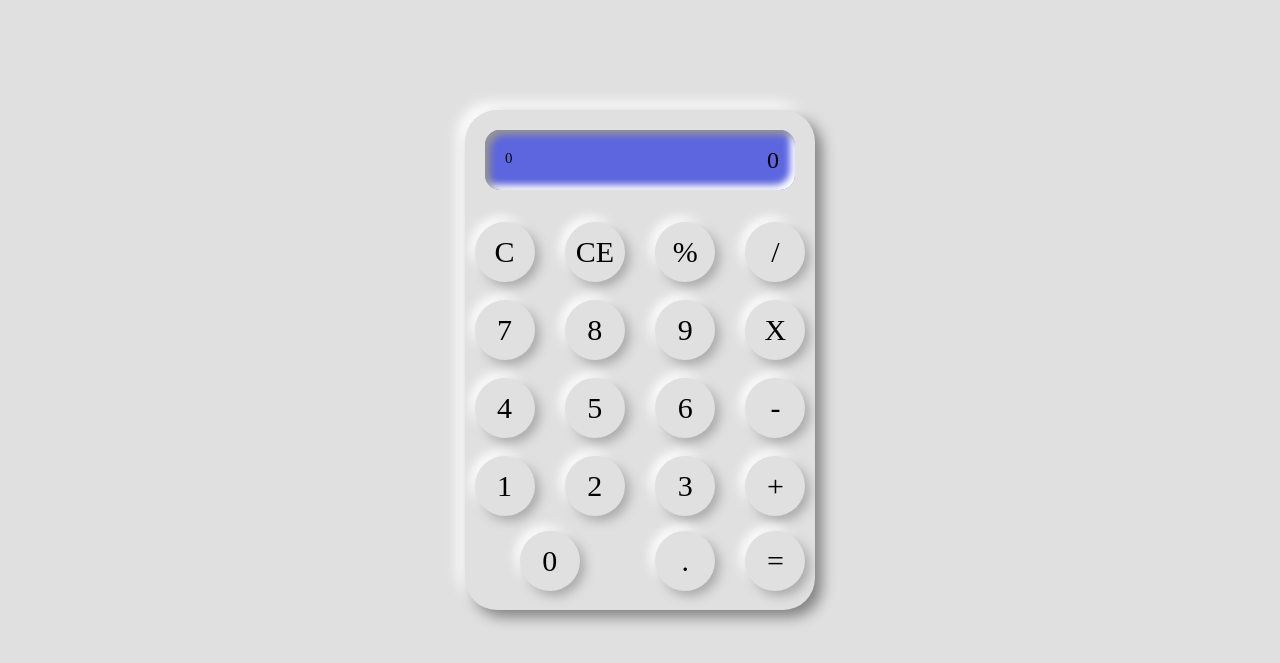
Repository: Goldmyn/Calculator
Page: index.html
These files come from the project's save history. The page is drawn as it stood at one moment and after the next save; the edit follows.
The browser window is 1280 px wide. The pictures show the whole page.

Above is the page before, as saved 2022-09-28 02:31:32.

### index.html
<!DOCTYPE html>
<html lang="en">
<head>
    <meta charset="UTF-8">
    <meta http-equiv="X-UA-Compatible" content="IE=edge">
    <meta name="viewport" content="width=device-width, initial-scale=1.0">
    <title>Calculator</title>
    <link rel="stylesheet" href="index.css">
</head>
<body>
    <header>

    </header>

    <section>
        <div class="container">
            <div class="calculator">
                <div class="display">
                    <div class="display_a">0</div>
                    <div class="border"> <div class="display-2">0</div> </div>
                </div>
                <div class="all_buttons">
                    <div class="button all_clear">C</div>
                    <div class="button last_entity_clear">CE</div>
                    <div class="button operation">%</div>
                    <div class="button operation">/</div>
                    <div class="button number">7</div>
                    <div class="button number">8</div>
                    <div class="button number">9</div>
                    <div class="button operation">X</div>
                    <div class="button number">4</div>
                    <div class="button number">5</div>
                    <div class="button number">6</div>
                    <div class="button operation">-</div>
                    <div class="button number">1</div>
                    <div class="button number">2</div>
                    <div class="button number">3</div>
                    <div class="button operation">+</div>
                    <div class="button btn-0 number">0</div>
                    <div class="button number dot">.</div>
                    <div class="button equal">=</div>
                </div>
            </div>
        </div>
    </section>
</body>
</html>

### index.css
* {
    padding: 0;
    margin: 0;
    box-sizing: border-box;
}
html {
    font-family: 'Gill Sans', 'Gill Sans MT', Calibri, 'Trebuchet MS', sans-serif';
}

section {
    background-color: #e0e0e0;
    min-height: 100vh;
    width: 100%;
    display: flex;
    align-items: center;
    justify-content: center;
}

.container {
    background-color: #e0e0e0;
    width: 90%;
    height: 500px;
    max-width: 350px;
    border-radius: 32px;
    background: #e0e0e0;
    box-shadow: 7px 7px 14px #828282, -7px -7px 14px #ffffff;
    overflow: hidden;
}

.display {
    height: 100px;
    width: 100%;
    text-align: right;
    padding: 20px;
    font-size: 30px;
    position: relative;
}

.display_a  {
    opacity: 0.9;
    font-size: 15px;
    height: 20px;
    overflow: hidden;
    position: absolute;
    bottom: 40px;
    left: 40px;
}

.border {
    background-color: aqua;
    height: 60px;
    width: 100%;
    padding-right: 1rem;
    display: flex;
    align-items: center;
    justify-content: flex-end;
    border-radius: 15px;
    background: #5d66df;
    font-size: 24px;
    box-shadow: inset 5px 5px 7px #949494 , inset -5px -5px 7px #ffffff;
}

.all_buttons {
    color: rgb(0, 0, 0);
    display: grid;
    grid-template:
        repeat(4, minmax(67px, 1fr))
        / repeat(4, minmax(50px, 1fr));
    gap: 0.7rem;
    transform: translateY(0.5rem);
    place-items: center;
}

.button {
    display: inline-block;
    height: 60px;
    width: 60px;
    display: flex;
    align-items: center;
    justify-content: center;
    font-size: 30px;
    cursor: pointer;
    border-radius: 100px;
    background: #e0e0e0;
    box-shadow: 5px 5px 11px #aaaaaa ,  -5px -5px 11px #ffffff;
}

.button:hover {
    background-color: rgb(30, 43, 46);
    color: white;
}

.btn-0 {
    grid-column: 1/3;
}

After the next save:
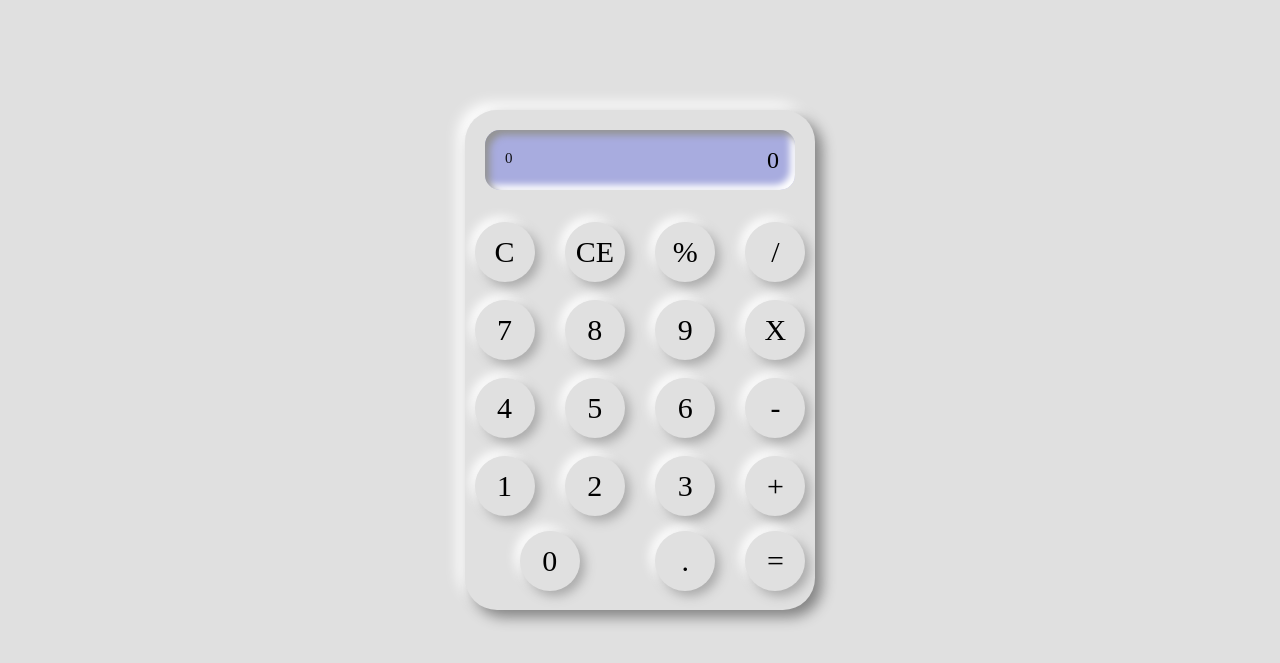
Saved 5 s later.
--- a/index.css
+++ b/index.css
@@ -55,7 +55,7 @@ section {
     align-items: center;
     justify-content: flex-end;
     border-radius: 15px;
-    background: #5d66df;
+    background: #a8acdf;
     font-size: 24px;
     box-shadow: inset 5px 5px 7px #949494 , inset -5px -5px 7px #ffffff;
 }
